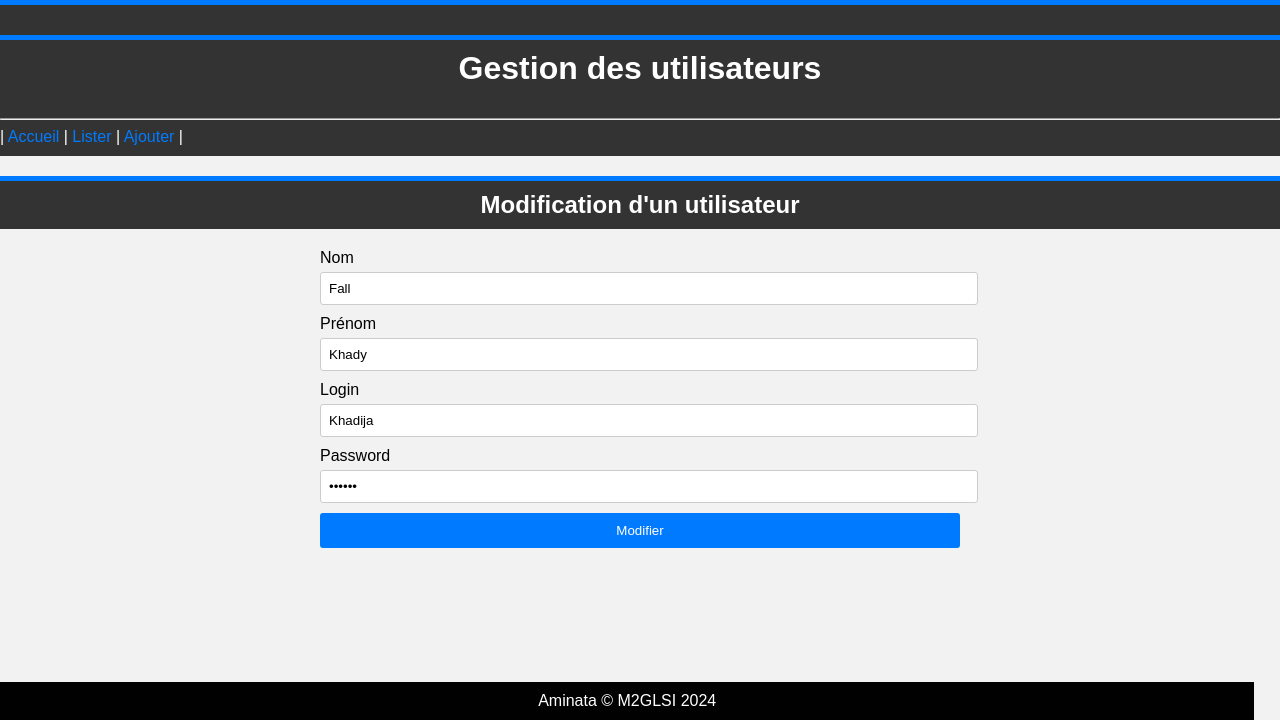
Repository: MariamaKessoBah/workspace
Page: http://localhost/gesusers3/update?id=1
These files come from the project's save history. The page is drawn as it stood at one moment and after the next save; the edit follows.
The browser window is 1280 px wide. The pictures show the whole page.
The page is served by Tomcat 10. Other server files are loaded and not shown.

Above is the page before, as saved 2024-04-25 10:36:42.

### gesusers3/src/main/webapp/WEB-INF/modifierUtilisateur.jsp
<%@ page import="beans.Utilisateur" %>
<%@ page import="java.util.ArrayList" %>

<%
    Utilisateur utilisateur = (Utilisateur) request.getAttribute("utilisateur");
%>

<%@include file="inc/header.jsp" %>

<section>
    <h1>Modification d'un utilisateur</h1>
    <form method="post" class="form-container">
        <div class="form-group">
            <label>Nom</label>
            <input type="text" name="nom" value="<%= utilisateur.getNom()%>">
        </div>
        <div class="form-group">
            <label>Prénom</label>
            <input type="text" name="prenom" value="<%= utilisateur.getPrenom()%>">
        </div>
        <div class="form-group">
            <label>Login</label>
            <input type="text" name="login" value="<%= utilisateur.getLogin()%>">
        </div>
        <div class="form-group">
            <label>Password</label>
            <input type="password" name="password" value="<%= utilisateur.getPassword()%>">
        </div>
        <input type="submit" value="Modifier">
    </form>
</section>

<%@include file="inc/footer.jsp" %>

### gesusers3/src/main/webapp/WEB-INF/inc/header.jsp
<%@ page language="java" pageEncoding="ISO-8859-1"%>

<%
	final String APP_ROOT = request.getContextPath();

%>
<!DOCTYPE html>
<html>
<head>
    <meta charset="utf-8">
    <title>Gestion des utilisateurs</title>
    <link rel="stylesheet" type="text/css" href="<%= APP_ROOT %>/css/design.css">
</head>

<body>

<header>
        <h1 id="titreP">Gestion des utilisateurs</h1>
        <hr>

    <div class="navbar">
        <span class="separator">|</span>
        <a href="<%= APP_ROOT %>/list">Accueil</a>
        <span class="separator">|</span>
        <a href="<%= APP_ROOT %>/list">Lister</a>
        <span class="separator">|</span>
        <a href="<%= APP_ROOT %>/add">Ajouter</a>
        <span class="separator">|</span>
    </div>
</header>

### gesusers3/src/main/webapp/WEB-INF/inc/footer.jsp

<footer>Aminata &copy; M2GLSI 2024</footer>
</body>
</html>

### gesusers3/src/main/java/servlet/UpdateUser.java
package servlet;

import jakarta.servlet.ServletException;
import jakarta.servlet.annotation.WebServlet;
import jakarta.servlet.http.HttpServlet;
import jakarta.servlet.http.HttpServletRequest;
import jakarta.servlet.http.HttpServletResponse;
import java.io.IOException;

import beans.Utilisateur;
import dao.UtilisateurDao;

/**
 * Servlet implementation class AddUser
 */
@WebServlet("/update")

public class UpdateUser extends HttpServlet {
	private static final long serialVersionUID = 1L;

	private static final String UPDATE_USER_VIEW = "/WEB-INF/modifierUtilisateur.jsp";


	/**
	 * @see HttpServlet#doGet(HttpServletRequest request, HttpServletResponse response)
	 */
	protected void doGet(HttpServletRequest request, HttpServletResponse response) throws ServletException, IOException {
		String id = request.getParameter("id");

		if(id.matches("[0-9]+"))
		{
			Utilisateur utilisateur = UtilisateurDao.get(Integer.parseInt(id));

			if (utilisateur != null) {

		    	request.setAttribute("utilisateur", utilisateur);
				getServletContext().getRequestDispatcher(UPDATE_USER_VIEW).forward(request, response);
			    return;
			}
		}
			response.sendRedirect("list");


	}

	/**
	 * @see HttpServlet#doPost(HttpServletRequest request, HttpServletResponse response)
	 */
	protected void doPost(HttpServletRequest request, HttpServletResponse response) throws ServletException, IOException {
		String id = request.getParameter("id");
		String nom = request.getParameter("nom");
		String prenom = request.getParameter("prenom");
		String login = request.getParameter("login");
		String password = request.getParameter("password");

		Utilisateur utilisateur = new Utilisateur (Integer.parseInt(id),nom, prenom, login, password);

		if (UtilisateurDao.modifier(utilisateur)) {

			response.sendRedirect("list");
		} else {
			response.sendRedirect("update?id= " + id);
		}
	}

}

### gesusers3/src/main/java/dao/UtilisateurDao.java
package dao;

import java.util.ArrayList;
import beans.Utilisateur;

public class UtilisateurDao {
    private static int lastId = 1;
    private static final ArrayList<Utilisateur> listeUtilisateur = new ArrayList<Utilisateur>();

    static {
        listeUtilisateur.add(new Utilisateur(1, "Fall", "Khady", "Khadija", "passer"));
        listeUtilisateur.add(new Utilisateur(2, "Mbaye", "Moustapha", "Tapha", "repasser"));
        listeUtilisateur.add(new Utilisateur(3, "Ndiaye", "Anta", "Anita", "passera"));
        lastId = listeUtilisateur.size() + 1;
    }

    public static final ArrayList<Utilisateur> lister() {
        return listeUtilisateur;
    }

    public static final boolean ajouter(Utilisateur utilisateur) {
        utilisateur.setId(lastId++);
        listeUtilisateur.add(utilisateur);
        return true;
    }

    public static Utilisateur get(int id) {
        for (Utilisateur utilisateur : listeUtilisateur) {
            if (utilisateur.getId() == id) {
                return utilisateur;
            }
        }
        return null;
    }

    public static boolean modifier(Utilisateur user) {
        for (Utilisateur utilisateur : listeUtilisateur) {
            if (utilisateur.getId() == user.getId()) {
            	utilisateur.setNom(user.getNom());
            	utilisateur.setPrenom(user.getPrenom());
            	utilisateur.setLogin(user.getLogin());
            	utilisateur.setPassword(user.getPassword());

                return true;
            }
        }
        return false;
    }

	public static boolean supprimer(int id) {

		 for (Utilisateur utilisateur : listeUtilisateur) {
	            if (utilisateur.getId() == id)
	            {
	               listeUtilisateur.remove(utilisateur);

	                return true;
	            }
	        }
	        return false;

	}
}

### gesusers3/src/main/java/beans/Utilisateur.java
package beans;

public class Utilisateur
{
	private int id;
	private String nom , prenom , login , password;

	public Utilisateur()
	{}


	public Utilisateur (String nom , String prenom , String login , String password)
	{
		this.nom =nom ;
		this.prenom =prenom ;
		this.login =login ;
		this.password =password;
	}

	public Utilisateur (int id , String nom , String prenom , String login , String password)
	{
		this.id =id ;
		this.nom =nom ;
		this.prenom =prenom ;
		this.login =login ;
		this.password =password;
	}


	public int getId() {
		return id;
	}


	public void setId(int id) {
		this.id = id;
	}


	public String getNom() {
		return nom;
	}


	public void setNom(String nom) {
		this.nom = nom;
	}


	public String getPrenom() {
		return prenom;
	}


	public void setPrenom(String prenom) {
		this.prenom = prenom;
	}


	public String getLogin() {
		return login;
	}


	public void setLogin(String login) {
		this.login = login;
	}


	public String getPassword() {
		return password;
	}


	public void setPassword(String password) {
		this.password = password;
	}

}

### gesusers3/src/main/webapp/css/design.css
 /* Styles CSS */
        body {
            font-family: Arial, sans-serif;
            margin: 0;
            padding: 0;
            background-color: #f2f2f2;
        }

        header {
            background-color: #333;
            color: #fff;
            padding: 10px 0;
            border-top: 5px solid #007bff; /* Bordure supérieure bleue */
        }

        nav ul {
            list-style: none;
            padding: 0;
            text-align: center;
        }

        nav li {
            display: inline-block;
            margin-right: 10px;
        }

        nav li:last-child {
            margin-right: 0;
        }

        nav a {
            text-decoration: none;
            color: #fff;
        }

body {
    font-family: Arial, sans-serif;
    margin: 0;
    padding: 0;
    background-color: #f2f2f2;
}

h1 {
    text-align: center;
    background-color: #333; /* Même couleur que l'en-tête du tableau */
    color: #fff; /* Couleur du texte */
    padding: 10px 0; /* Espace intérieur */
    margin-top: 20px; /* Espacement par rapport au haut */
    border-top: 5px solid #007bff; /* Bordure supérieure */
}


table {
    width: 80%;
    margin: 20px auto;
    border-collapse: collapse;
    background-color: #fff;
    box-shadow: 0 0 20px rgba(0, 0, 0, 0.1);
}

th, td {
    padding: 15px;
    text-align: left;
}

th {
    background-color: #333;
    color: #fff;
}

tr:nth-child(even) {
    background-color: #f2f2f2;
}

a {
    text-decoration: none;
    color: #007bff;
    transition: color 0.3s ease;
}

a:hover {
    color: #0056b3;
}

.confirm-delete {
    color: #ff0000;
}
body {
    font-family: Arial, sans-serif;
    margin: 0;
    padding: 0;
    background-color: #f2f2f2;
}


form {
    width: 50%;
    margin: 20px auto;
}

fieldset {
    border: 1px solid #ccc;
    padding: 20px;
    border-radius: 5px;
    background-color: #fff;
}

legend {
    font-weight: bold;
}

label {
    display: block;
    margin-bottom: 5px;
}

input[type="text"],
input[type="password"] {
    width: 100%;
    padding: 8px;
    margin-bottom: 10px;
    border: 1px solid #ccc;
    border-radius: 3px;
}

input[type="submit"] {
    width: 100%;
    padding: 10px;
    border: none;
    background-color: #007bff;
    color: #fff;
    cursor: pointer;
    border-radius: 3px;
}

input[type="submit"]:hover {
    background-color: #0056b3;
}


footer {
    background-color: rgb(1, 1, 2);;
    color: #fff;
    padding: 10px 0;
    text-align: center;
    position: fixed;
    bottom: 0;
    width: 98%;
}

After the next save:
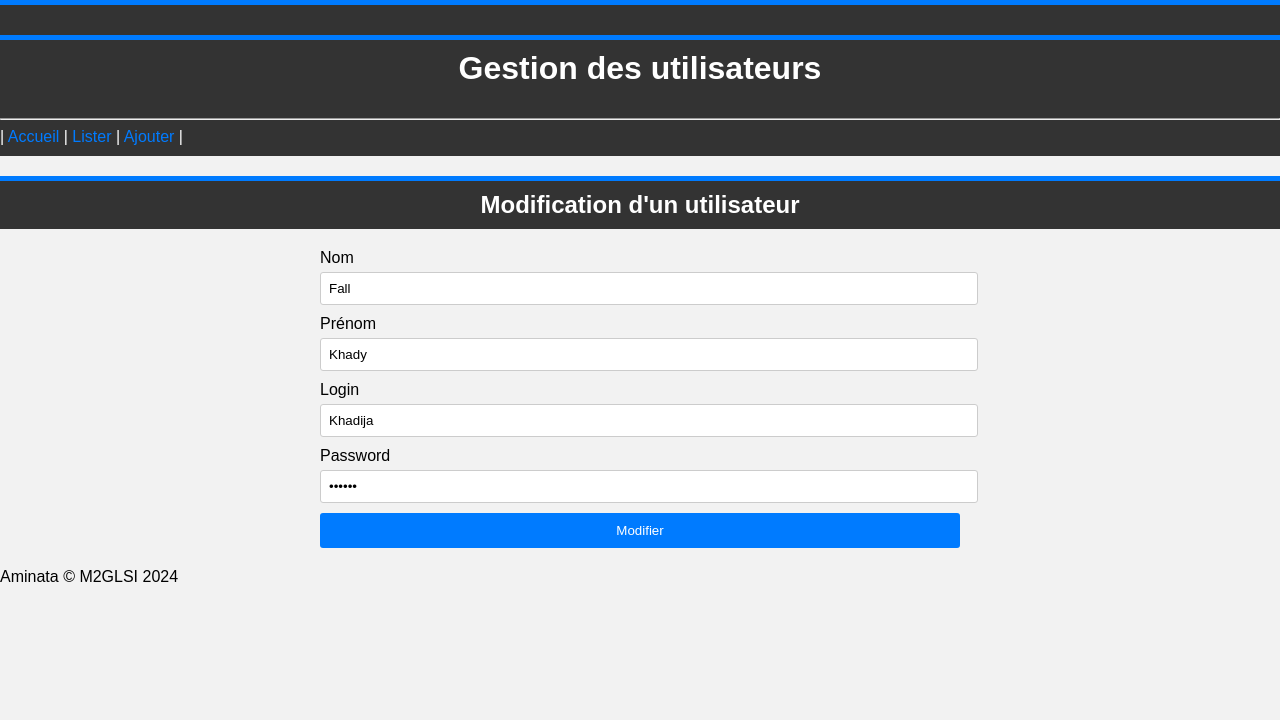
Saved 113 s later.
--- a/gesusers3/src/main/webapp/css/design.css
+++ b/gesusers3/src/main/webapp/css/design.css
@@ -136,14 +136,3 @@ input[type="submit"] {
 input[type="submit"]:hover {
     background-color: #0056b3;
 }
-
-
-footer {
-    background-color: rgb(1, 1, 2);;
-    color: #fff;
-    padding: 10px 0;
-    text-align: center;
-    position: fixed;
-    bottom: 0;
-    width: 98%;
-}
